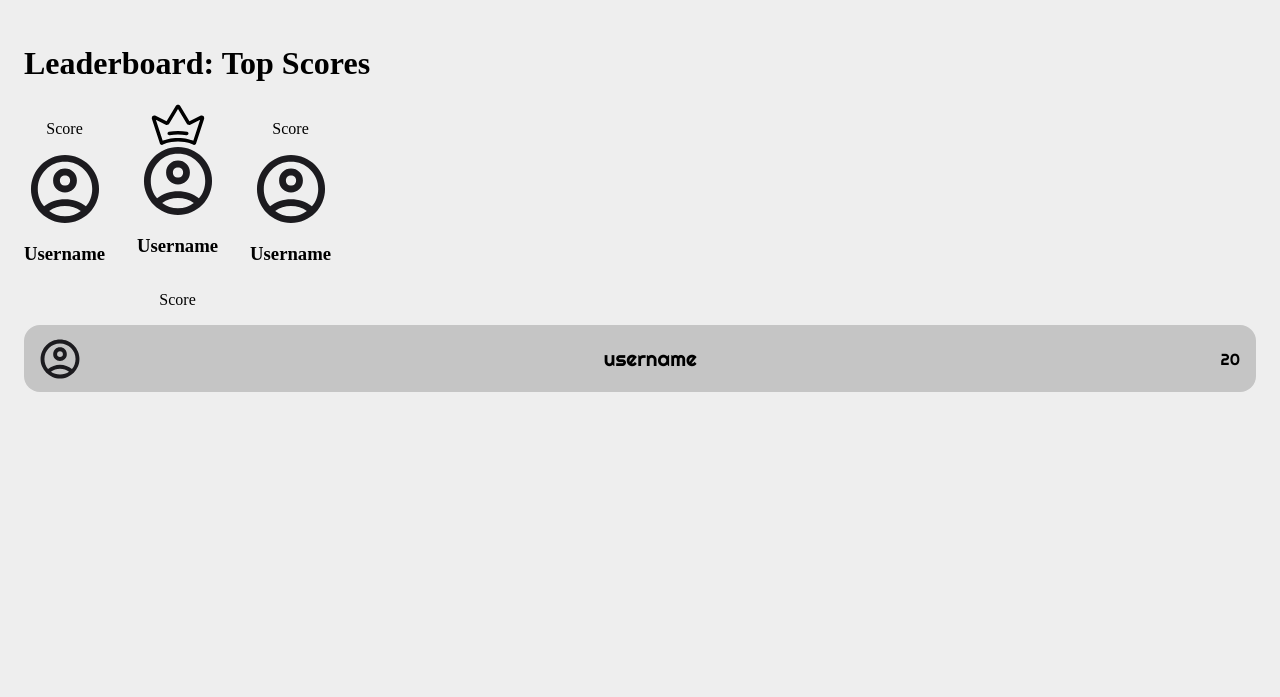
Repository: alemunden/Trash-Scavengers
Page: /Leaderboard
These files come from the project's save history. The page is drawn as it stood at one moment and after the next save; the edit follows.
The browser window is 1280 px wide. The pictures show the whole page.
The project was rebuilt for these pictures with package versions that can differ from the ones it lists, and the page was loaded fresh each time. The framework's server and built-in components were replaced by stand-ins that run in the browser. Also part of the build but not shown: next.config.mjs.

Above is the page before, as saved 2024-04-09 10:18:53.

After the next save:
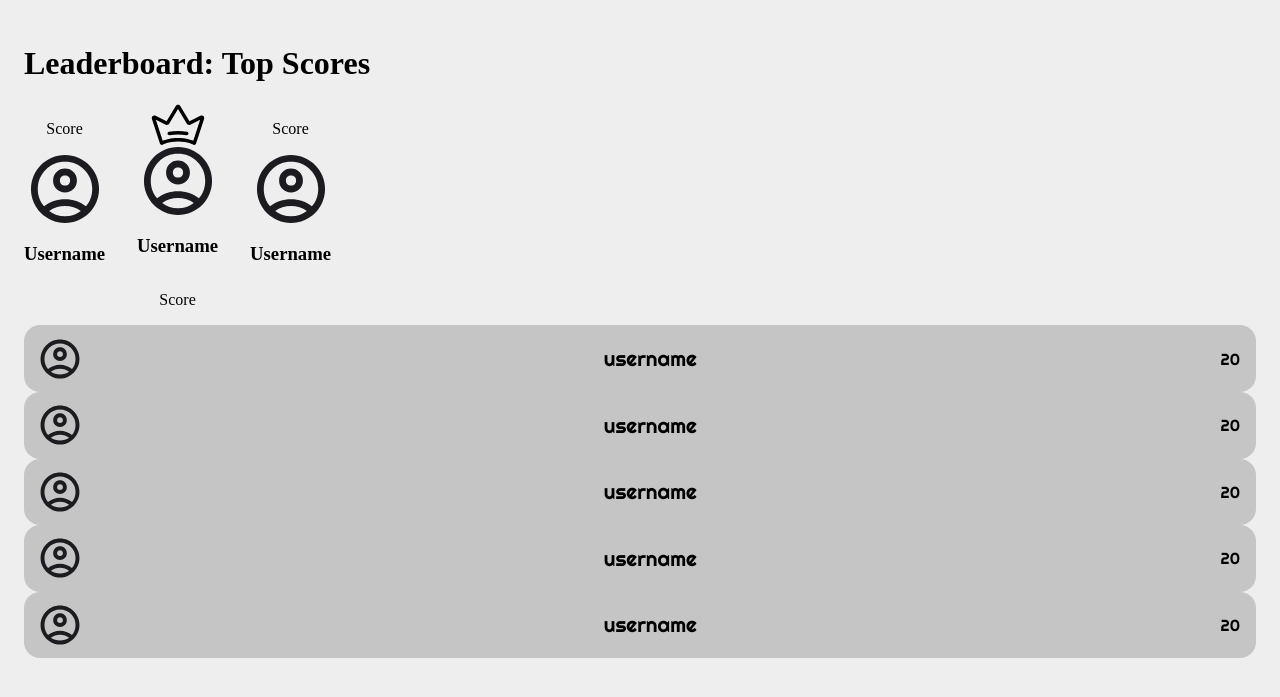
Saved 19 min 10 s later.
--- a/pages/Leaderboard.js
+++ b/pages/Leaderboard.js
@@ -28,6 +28,10 @@ export default function Leaderboard() {
             </div>
             <div>
                 <LeaderboardUser username={'username'} score={'20'}/>
+                <LeaderboardUser username={'username'} score={'20'}/>
+                <LeaderboardUser username={'username'} score={'20'}/>
+                <LeaderboardUser username={'username'} score={'20'}/>
+                <LeaderboardUser username={'username'} score={'20'}/>
             </div>
         </main>
     )
